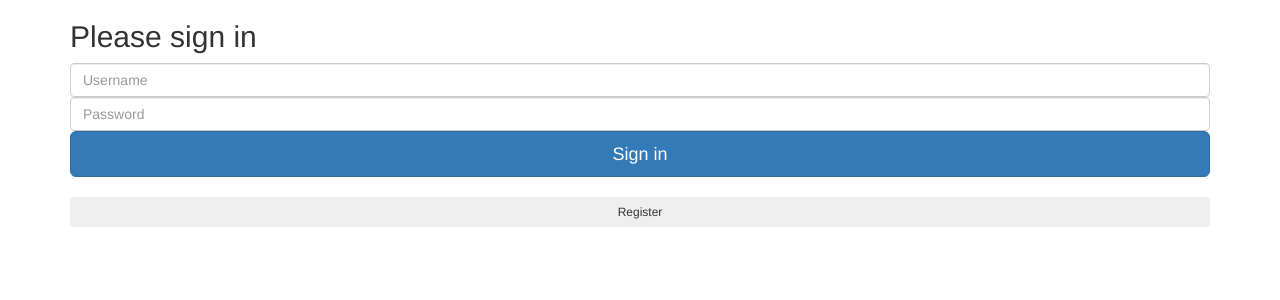
Repository: aaikinsm/FDM-Programs
Page: http://localhost/SoloProject/
The author's editor kept a copy of each file at every save. The page is drawn from the files as they stood at one save, then again after the next save.
The browser window is 1280 px wide. The pictures show the whole page.
The page is served by Tomcat 9. Other server files are loaded and not shown.

Above is the page before, as saved 2017-05-26 18:02:25.

### SoloProject/WebContent/index.jsp
<%@ page language="java" contentType="text/html; charset=ISO-8859-1"
    pageEncoding="ISO-8859-1"%>
<!DOCTYPE html PUBLIC "-//W3C//DTD HTML 4.01 Transitional//EN" "http://www.w3.org/TR/html4/loose.dtd">
<html>
<head>
<meta http-equiv="Content-Type" content="text/html; charset=ISO-8859-1">
<title>Online Exam</title>
</head>
<body>
	<a href="home">Go to home</a>
</body>
</html>

### SoloProject/WebContent/login.jsp
<%@ page language="java" contentType="text/html; charset=ISO-8859-1"
    pageEncoding="ISO-8859-1"%>
<!DOCTYPE html PUBLIC "-//W3C//DTD HTML 4.01 Transitional//EN" "http://www.w3.org/TR/html4/loose.dtd">
<html>
<head>
<meta http-equiv="Content-Type" content="text/html; charset=ISO-8859-1">
<title>Login</title>

<!-- Latest compiled and minified CSS -->
<link rel="stylesheet" href="https://maxcdn.bootstrapcdn.com/bootstrap/3.3.7/css/bootstrap.min.css" integrity="sha384-BVYiiSIFeK1dGmJRAkycuHAHRg32OmUcww7on3RYdg4Va+PmSTsz/K68vbdEjh4u" crossorigin="anonymous">

</head>
<body>
	<!--<h1>Login</h1>
	<h2 class="error" style="color:red">${errorMsg} </h2>
	 <form action="login" method="post">
		username: <input type="text" name="username"><br/>
		password: <input type="password" name="password"><br/>
		<input type="submit" value="login">
	</form>
	<br/> -->

	<div class="container">

      <form class="form-signin" action="login" method="post">
        <h2 class="form-signin-heading">Please sign in</h2>
        <h4 class="error" style="color:red">${errorMsg} </h4>
        <label for="username" class="sr-only">Username</label>
        <input type="text" id="username" name="username" class="form-control" placeholder="Username" required>
        <label for="inputPassword" class="sr-only">Password</label>
        <input type="password" id="inputPassword" name="password" class="form-control" placeholder="Password" required>
        <button class="btn btn-lg btn-primary btn-block" type="submit">Sign in</button>
      </form>
		<br/>
		<button class="btn btn-sm btn-block">Register</button>

    </div>
</body>
</html>

After the next save:
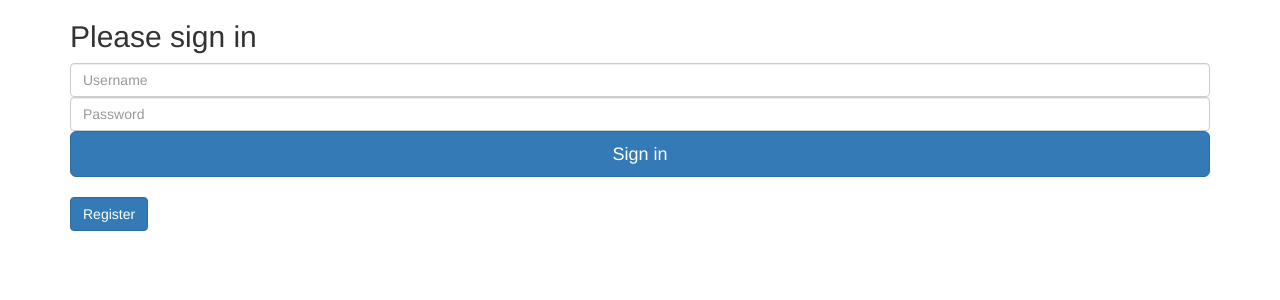
Saved 4 min 50 s later.
--- a/SoloProject/WebContent/login.jsp
+++ b/SoloProject/WebContent/login.jsp
@@ -32,7 +32,7 @@
         <button class="btn btn-lg btn-primary btn-block" type="submit">Sign in</button>
       </form>
 		<br/>
-		<button class="btn btn-sm btn-block">Register</button>
+		<button class="btn btn-primary">Register</button>
 
     </div>
 </body>
